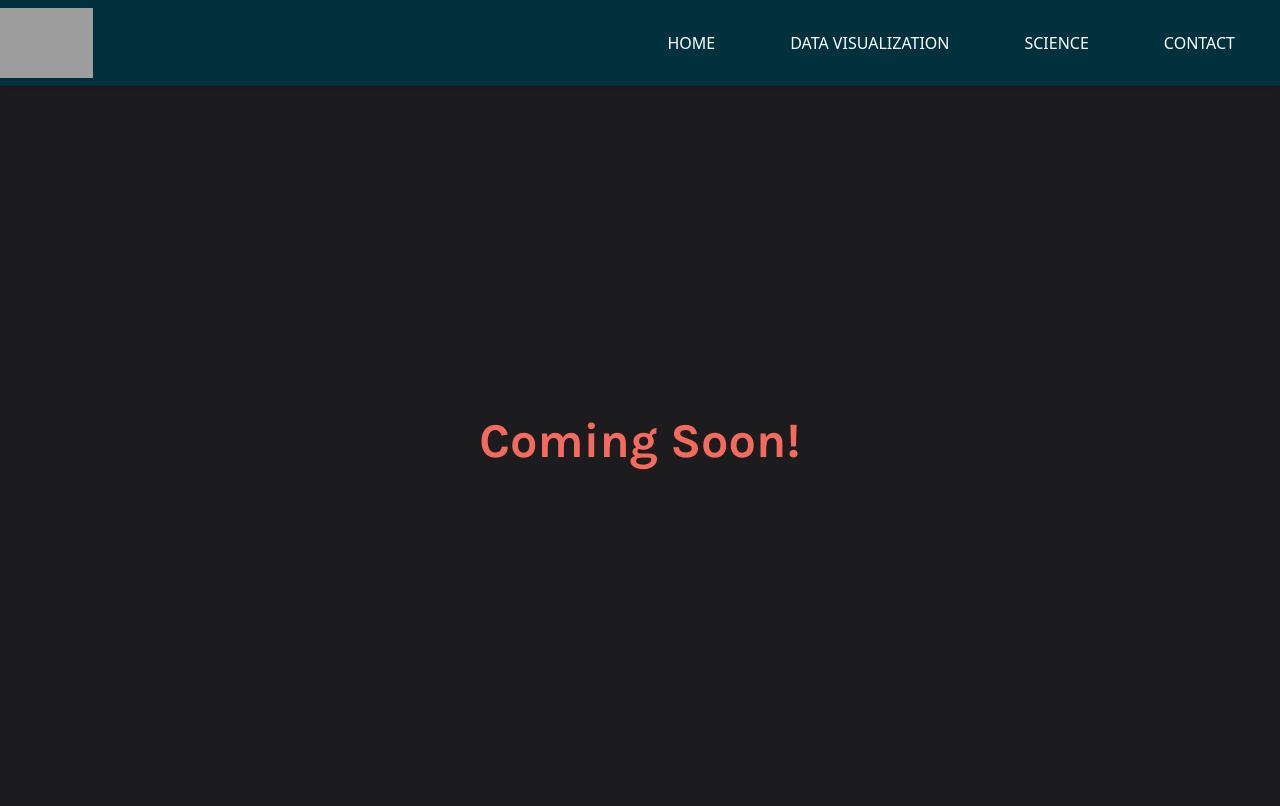
Repository: chukriisty/smartsoils-testbed
Page: /science
The author's editor kept a copy of each file at every save. The page is drawn from the files as they stood at one save, then again after the next save.
The browser window is 1280 px wide. The pictures show the whole page.
Pictures or frames that could not be fetched are drawn as grey boxes. Some web fonts or font styles are not loaded; a fallback is used. The project was rebuilt for these pictures with package versions that can differ from the ones it lists, and the page was loaded fresh each time. Also part of the build but not shown: src/pages/HomePage.js, src/components/VisualizationPanel.js, src/pages/DataVisualizationPage.js, src/pages/PhenocamPage.js, src/pages/ERT.js, src/components/3DSensorLayout.css, src/components/3DSensorLayout.js, src/components/ControlPanel.css and 8 more.

Above is the page before, as saved 2024-09-26 18:24:31.

After the next save:
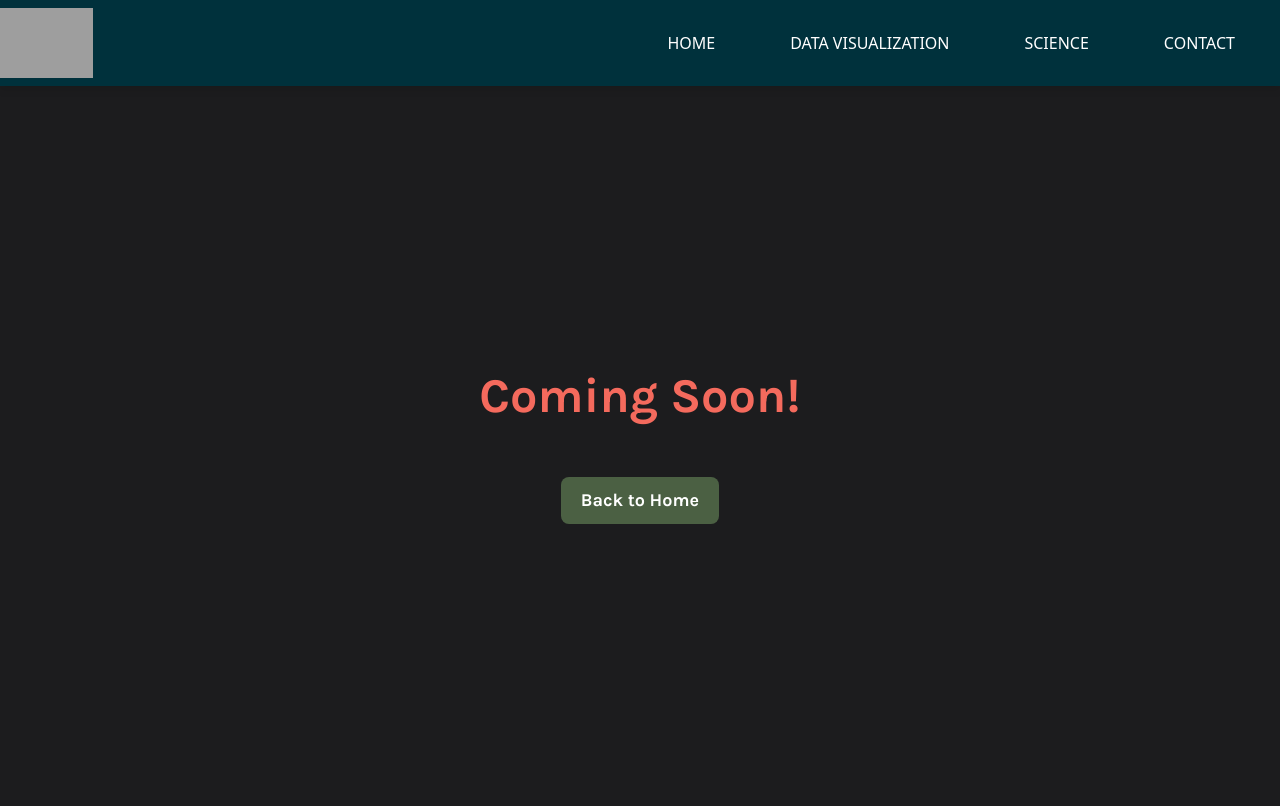
Saved 10 s later.
--- a/src/pages/SciencePage.js
+++ b/src/pages/SciencePage.js
@@ -1,12 +1,12 @@
 import React from 'react';
-import './SciencePage.css'; // Link to the CSS file
+import './SciencePage.css'; // Ensure that the CSS file is linked
 
 const SciencePage = () => {
   return (
-    <div className="science-main-content">
-      <div className="coming-soon-container">
-        <h1 className="coming-soon-text">Coming Soon!</h1>
-      </div>
+    <div className="main-content">
+      <h1 className="coming-soon-text">Coming Soon!</h1>
+      <br />
+      <a href="/" className="back-home-button">Back to Home</a>
     </div>
   );
 };
